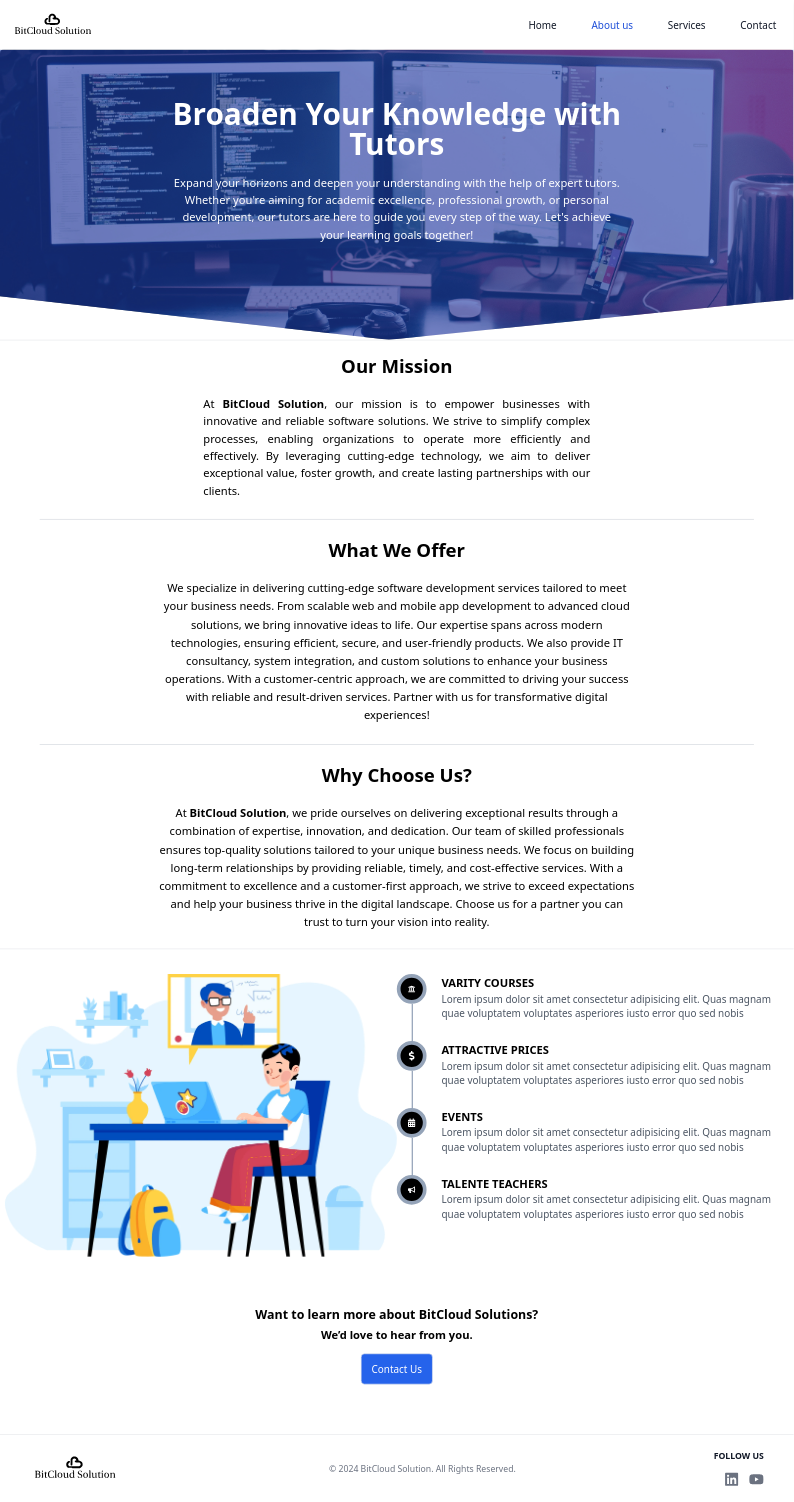
Repository: huzaifaBitCloud/BitCloud-website
Page: /about-us
An editor plug-in stored every save of this project. The page is shown before and after the next save, followed by the edit.
The browser window is 1280 px wide. The pictures show the whole page, at 62% of full size.
The project was rebuilt for these pictures with package versions that can differ from the ones it lists, and the page was loaded fresh each time. The framework's server and built-in components were replaced by stand-ins that run in the browser. Also part of the build but not shown: next.config.mjs.

Above is the page before, as saved 2025-01-27 12:32:55.

After the next save:
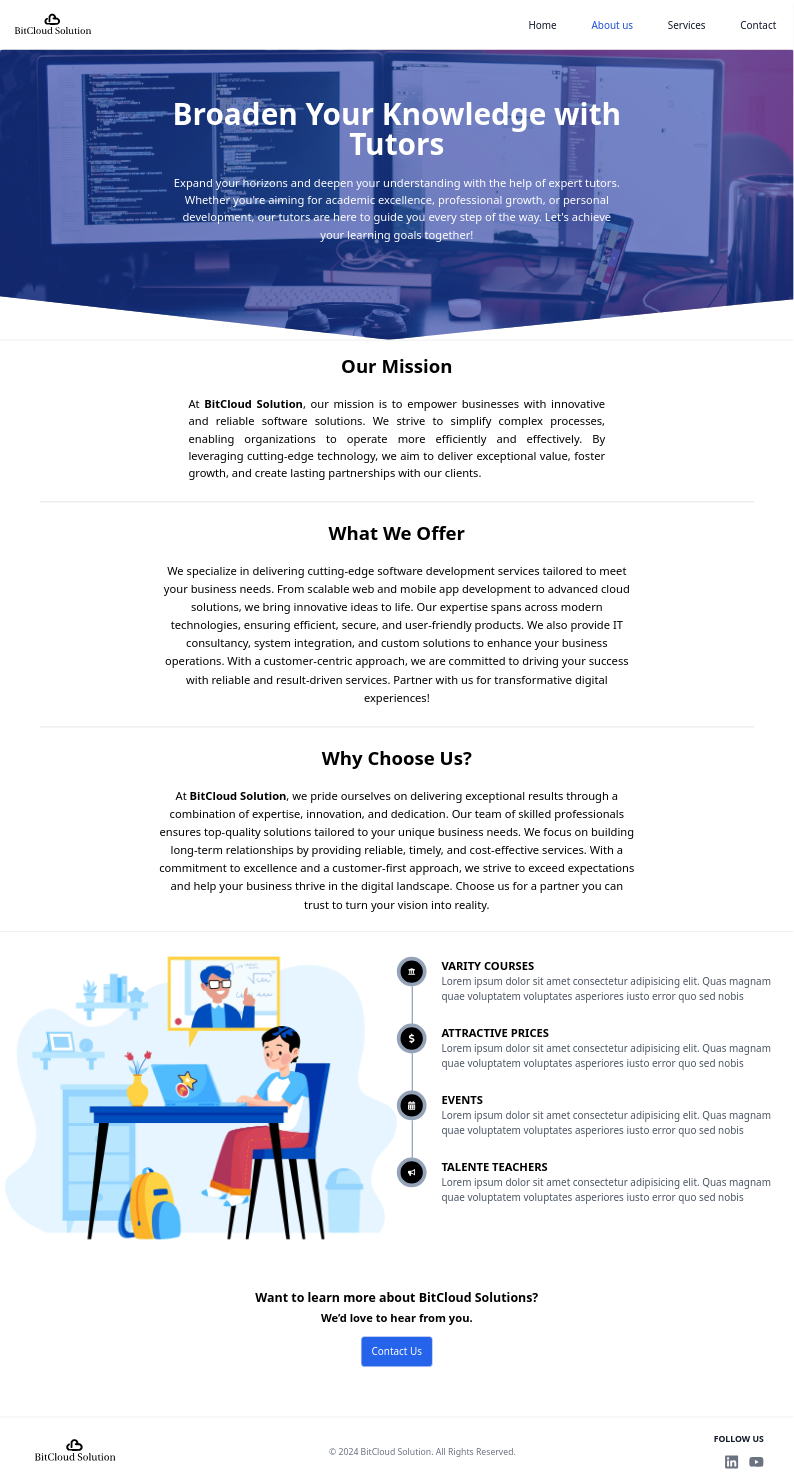
Saved 96 s later.
--- a/src/components/About.tsx
+++ b/src/components/About.tsx
@@ -47,9 +47,9 @@
 
       <div className="mt-5 px-4 sm:px-6 md:px-10 lg:px-16">
         {/* Our Mission */}
-        <div className="text-center">
+        <div className="text-center px-6">
           <h2 className="text-3xl font-bold my-6">Our Mission</h2>
-          <p className="px-6 my-7 text-lg  text-justify max-w-2xl mx-auto">
+          <p className=" my-7 text-lg  text-justify max-w-2xl mx-auto">
             At <strong>BitCloud Solution</strong>, our mission is to empower
             businesses with innovative and reliable software solutions. We
             strive to simplify complex processes, enabling organizations to
